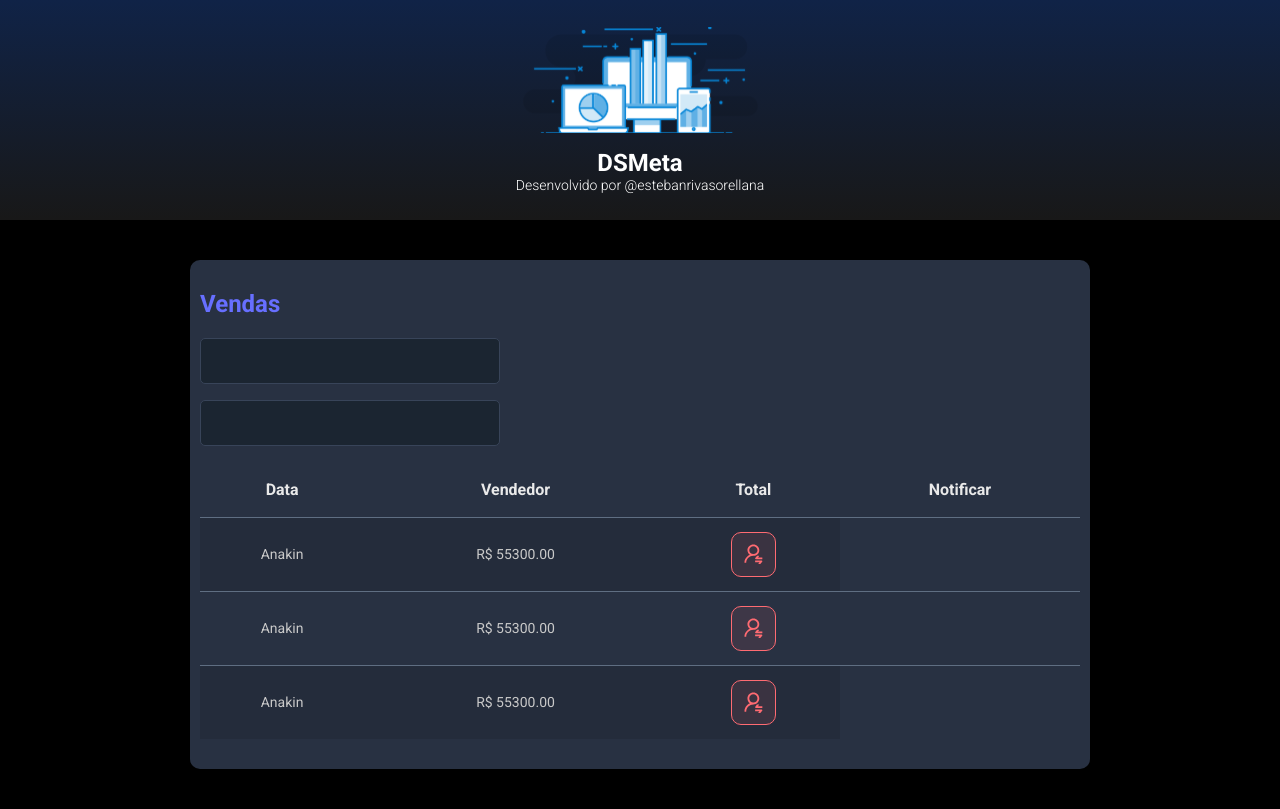
Repository: estebanrivas/dsmeta-css
Page: index.html
These files come from the project's save history. The page is drawn as it stood at one moment and after the next save; the edit follows.
The browser window is 1280 px wide. The pictures show the whole page.

Above is the page before, as saved 2022-09-08 22:18:58.

After the next save:
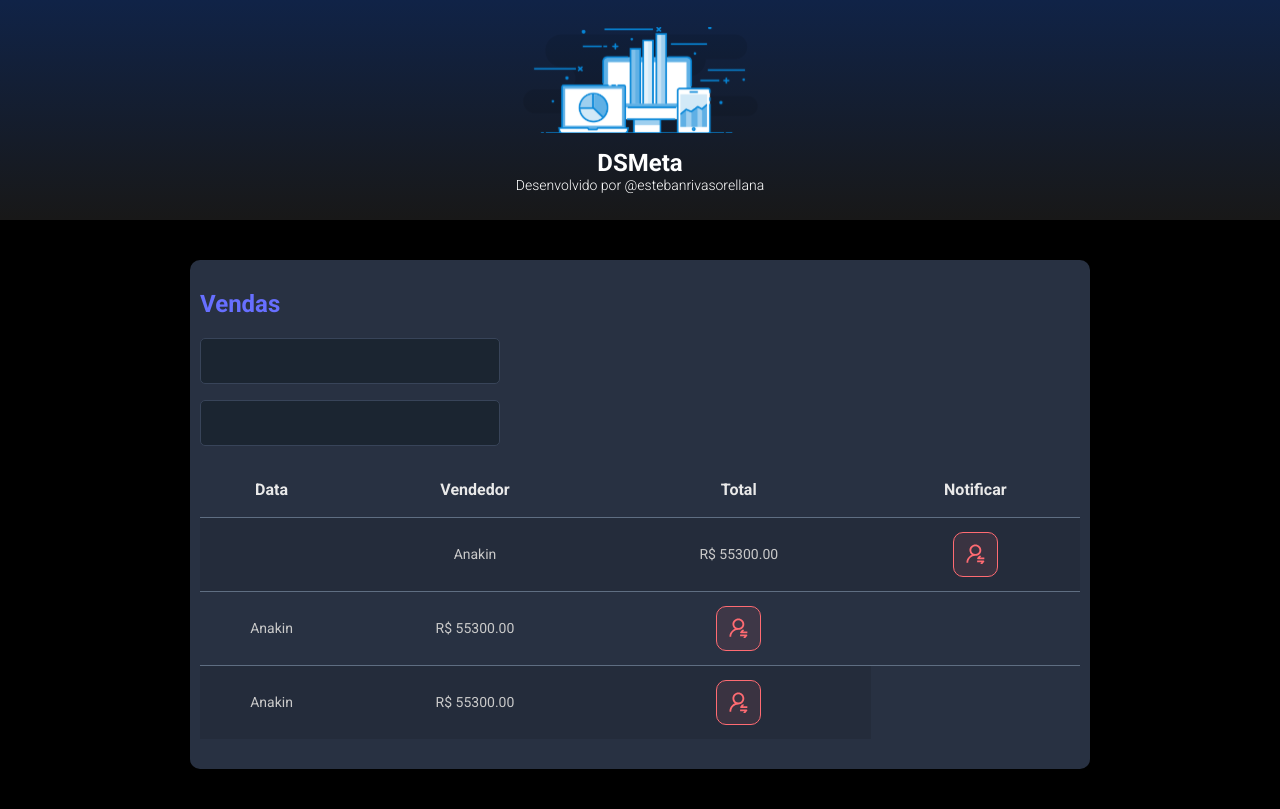
Saved 9 s later.
--- a/index.html
+++ b/index.html
@@ -48,6 +48,7 @@
                             </thead>
                             <tbody>
                                 <tr>
+                                    <td></td>
                                     <td>Anakin</td>
                                     <td>R$ 55300.00</td>
                                     <td>
